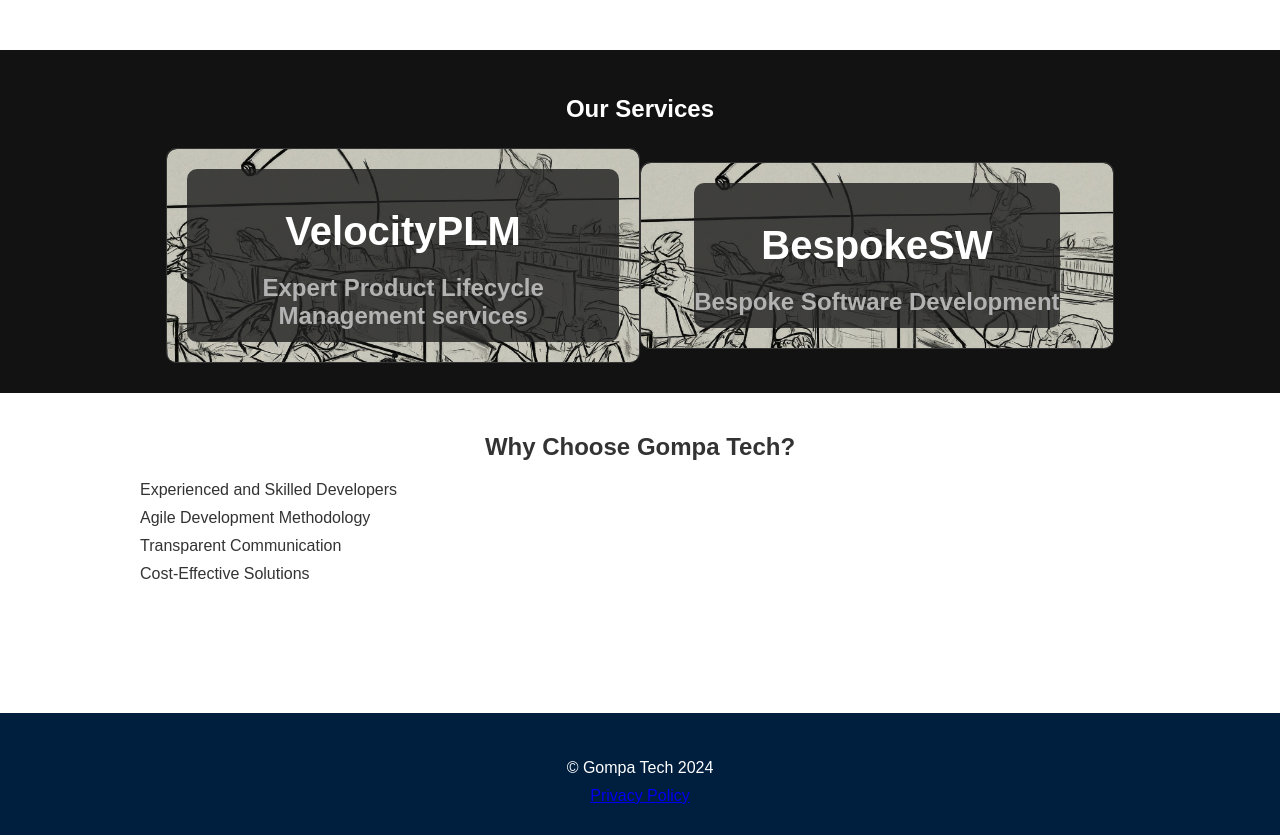
Repository: gompatech/website
Page: d3/index.html
The author's editor kept a copy of each file at every save. The page is drawn from the files as they stood at one save, then again after the next save.
The browser window is 1280 px wide. The pictures show the part of the page from y = 257 to 1092 px (the page is 1092 px tall).

Above is the page before, as saved 2024-07-24 12:14:29.

### d3/index.html
<!DOCTYPE html>
<html lang="en">
<head>
  <meta charset="UTF-8">
  <meta name="viewport" content="width=device-width, initial-scale=1.0">
  <title>Gompa Tech - Software Development Solutions</title>
  <link rel="stylesheet" href="./style.css">
</head>
<body>
  <header class="navy-bg">
    <div class="container">
      <a href="#" class="logo">Gompa Tech</a>
      <nav>
        <ul>
          <li><a href="#">Home</a></li>
          <li><a href="#">Services</a></li>
          <li><a href="#">About Us</a></li>
          <li><a href="#">Contact</a></li>
        </ul>
      </nav>
    </div>
  </header>

  <main>
    <section class="hero">
      <div class="container">
        <h1>Empowering Your Business with Innovative Software Solutions</h1>
        <p>We specialize in bespoke software development Product Lifecycle Managment software services.</p>
        <a href="#" class="button">Get a Free Quote</a>
        <img src="images/hero-bg.jpg" alt="Code Background Image" class="hero-img">
      </div>
    </section>

    <section class="services navy-bg">
      <div class="container">
        <h2>Our Services</h2>
          <div class="services">
            <div class="services-container">
                <div class="text-content">
                    <h1>VelocityPLM</h1>
                    <h2>Expert Product Lifecycle Management services</h2>
                </div>
                <img src="./images/vPLMold.jpg" alt="VelocityPLM Old" class="active">
                <img src="./images/vPLMnew.jpg" alt="VelocityPLM New" class="inactive">
            </div>
            <div class="services-container">
                <div class="text-content">
                    <h1>BespokeSW</h1>
                    <h2>Bespoke Software Development</h2>
                </div>
                <img src="./images/vPLMold.jpg" alt="VelocityPLM Old" class="active">
                <img src="./images/vPLMnew.jpg" alt="VelocityPLM New" class="inactive">
            </div>
        </div>
      </div>
    </section>

    <section class="benefits">
      <div class="container">
        <h2>Why Choose Gompa Tech?</h2>
        <ul>
          <li>Experienced and Skilled Developers</li>
          <li>Agile Development Methodology</li>
          <li>Transparent Communication</li>
          <li>Cost-Effective Solutions</li>
        </ul>
      </div>
    </section>
  </main>

  <footer class="navy-bg">
    <div class="container">
      <p>&copy; Gompa Tech 2024</p>
      <a href="#">Privacy Policy</a>
    </div>
  </footer>
</body>
<style>
  .services {
      font-family: Arial, sans-serif;
      margin: 0;
      padding: 0;
      display: flex;
      flex-wrap: wrap;
      justify-content: center;
      align-items: center;
/*            height: 100vh;  */
      background-color: #121212;
      color: #ffffff;
      padding: 5px;
  }
  .services-container {
      width: 48%;
      padding: 20px;
      border: 1px solid #333;
      border-radius: 10px;
      background-color: #1e1e1e;
      box-sizing: border-box;
      display: flex;
      flex-direction: column;
      align-items: center;
      justify-content: center;
      position: relative;
      overflow: hidden;
  }
  .services-container img {
      width: 100%;
      height: auto;
      max-height: 300px;
      object-fit: cover;
      border-radius: 10px;
      position: absolute;
      top: 0;
      left: 0;
      opacity: 0;
      transition: opacity 1s ease-in-out;
  }
  .services-container img.active {
      opacity: 1;
      z-index: 1;
  }
  .services-container img.inactive {
      z-index: 0;
  }
  .text-content {
      position: relative;
      z-index: 2;
      text-align: center;
      padding-top: 20px;
      background: rgba(30, 30, 30, 0.8);
      border-radius: 10px;
  }
  .services-container h1 {
      font-size: 2.5em;
      margin: 0.5em 0;
  }
  .services-container h2 {
      font-size: 1.5em;
      margin: 0.5em 0;
      color: #b3b3b3;
  }
  @media (max-width: 600px) {
      .services-container {
          width: 100%;
      }
      .services-container h1 {
          font-size: 2em;
      }
      .services-container h2 {
          font-size: 1.2em;
      }
  }
</style>
</html>

### d3/style.css
/* Basic styles */
body {
  font-family: sans-serif;
  margin: 0;
  padding: 0;
}

.container {
  max-width: 1000px;
  margin: 0 auto;
  padding: 20px;
}

/* Header */
header {
  background-color: #001F3F;  /* Navy blue */
  color: #fff;
  padding: 10px 0;
}

.logo {
  font-size: 2em;
  font-weight: bold;
  text-decoration: none;
  color: #fff;
}

nav {
  float: right;
}

nav ul {
  list-style: none;
  margin: 0;
  padding: 0;
}

nav li {
  display: inline-block;
  margin-left: 20px;
}

nav a {
  color: #fff;
  text-decoration: none;
  padding: 5px 10px;
}

nav a:hover {
  background-color: #2F4F4F; /* Darker navy blue on hover */
  transition: background-color 0.3s ease;
}

/* Main content */
main {
  padding-bottom: 50px;
  color: #333;
}

section {
  margin-bottom: 50px;
}

h1, h2 {
  text-align: center;
  margin-bottom: 20px;
}

.hero {
  position: relative;
}

.hero-img {
  position: absolute;
  top: 0;
  left: 0;
  width: 100%;
  height: 100%;
  opacity: 0.3; /* Set the transparency level for the background image */
}

.service-card {
  display: flex;
  align-items: center;
  margin-bottom: 20px;
  padding: 20px;
  border: 1px solid #ddd;
  border-radius: 5px;
}

.service-card img {
  width: 100px;
  margin-right: 20px;
}

.benefits ul {
  list-style: none;
  margin: 0;
  padding: 0;
}

.benefits li {
  margin-bottom: 10px;
}

/* Footer */
footer {
  background-color: #001F3F;
  color: #fff;
  padding: 10px 0;
  text-align: center;
}

footer p {
  margin-bottom: 10px;
}

After the next save:
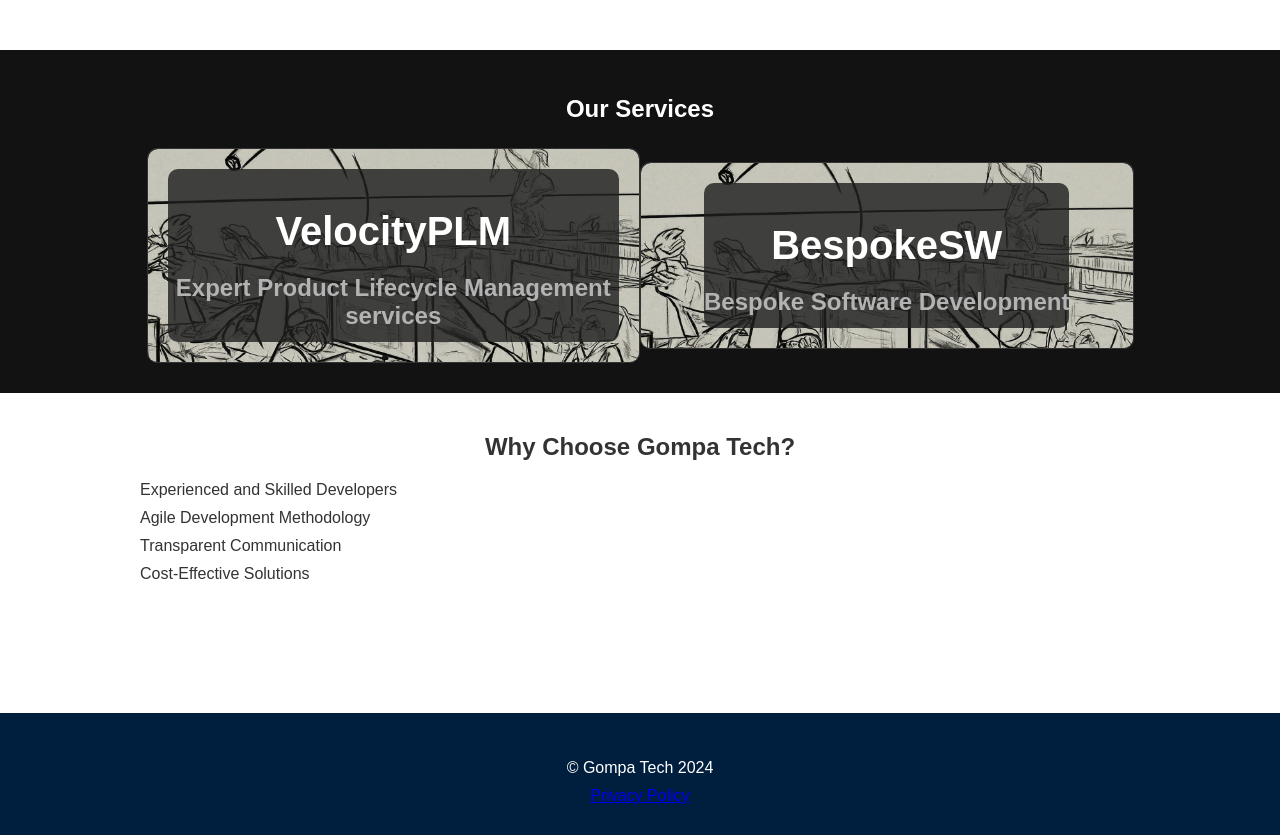
Saved 23 s later.
--- a/d3/index.html
+++ b/d3/index.html
@@ -90,7 +90,7 @@
       padding: 5px;
   }
   .services-container {
-      width: 48%;
+      width: 50%;
       padding: 20px;
       border: 1px solid #333;
       border-radius: 10px;
